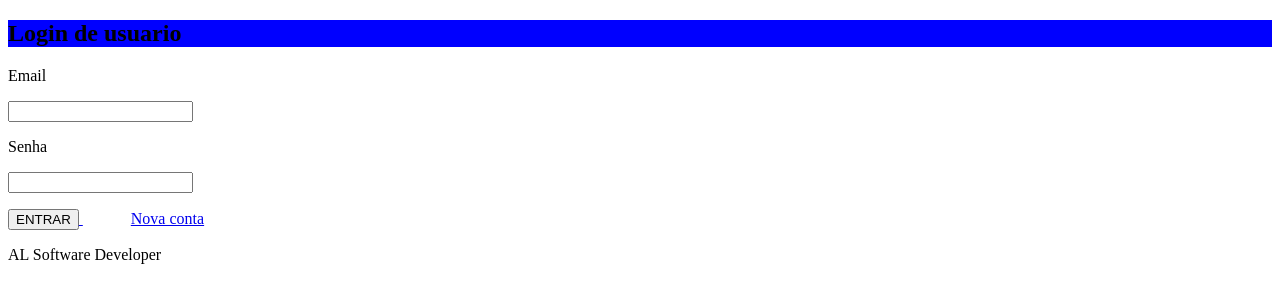
Repository: alessandro405/Primeiro-Projeto
Page: http://localhost/meu-projeto/login
The author's editor kept a copy of each file at every save. The page is drawn from the files as they stood at one save, then again after the next save.
The browser window is 1280 px wide. The pictures show the whole page.
The page is served by Tomcat 9. Other server files are loaded and not shown.

Above is the page before, as saved 2022-04-20 22:37:09.

### MeuProjeto/meu-projeto/src/main/webapp/WEB-INF/paginas/Login.jsp
<%@ page language="java" contentType="text/html; charset=ISO-8859-1"
    pageEncoding="ISO-8859-1"%>
<%@ taglib uri="http://java.sun.com/jsp/jstl/core" prefix="jstl" %>

<!DOCTYPE html>
<html>
<head>
	<link href="CSS/css.login/login.css" rel="stylesheet">
<meta charset="ISO-8859-1">
<title>Login de usuario</title>
</head>
<body>
	<%
		String erro = (String) request.getAttribute("erro");
		String erro2 = (String) request.getAttribute("erro2");
	%>
	<div class="login-box">
	<h2>Login de usuario</h2>
	<form method = "post" action="${pageContext.request.contextPath}/login">
		<div class="user-box">
		<p>Email</P>
		<p><input type= "text" name= "email"></p>
		</div>
		<div class="user-box">
		<p>Senha</P>
		<p><input type= "text" name= "senha"></p>
		</div>
		<a href="#">
          <span></span>
          <span></span>
          <span></span>
          <span></span>
		<button type= "submit" >ENTRAR</button>
		</a>
		&nbsp;&nbsp;&nbsp;&nbsp;&nbsp;&nbsp;&nbsp;&nbsp;&nbsp;&nbsp;&nbsp;
		<a class="nova-conta" href="${pageContext.request.contextPath}/nova">Nova conta</a>
		<p><%
			if(erro != null){
				out.print(erro);
			} else if(erro2 != null){
				out.print(erro2);
			}
		%></P>
	</form>
	</div>
	<footer>AL Software Developer</footer>
</body>
</html>

### MeuProjeto/meu-projeto/src/main/java/br/com/devjunior/servlets/Login.java
package br.com.devjunior.servlets;

import java.io.IOException;
import java.sql.SQLException;

import javax.servlet.RequestDispatcher;
import javax.servlet.ServletException;
import javax.servlet.annotation.WebServlet;
import javax.servlet.http.HttpServlet;
import javax.servlet.http.HttpServletRequest;
import javax.servlet.http.HttpServletResponse;
import javax.servlet.http.HttpSession;

import entidades.Usuario;
import impl.UsuarioRepositorioJDBC;

@WebServlet(urlPatterns = { "/login" })
public class Login extends HttpServlet {
	/**
	 *
	 */
	private static final long serialVersionUID = -2706311068111453632L;

	@Override
	protected void doGet(HttpServletRequest req, HttpServletResponse resp) throws ServletException, IOException {
		RequestDispatcher dispatcher = req.getServletContext().getRequestDispatcher("/WEB-INF/paginas/Login.jsp");
		dispatcher.forward(req, resp);
	}

	@Override
	protected void doPost(HttpServletRequest request, HttpServletResponse resp) throws ServletException, IOException {
		UsuarioRepositorioJDBC aut = new UsuarioRepositorioJDBC();
		Usuario novoContato = new Usuario();
		novoContato.setEmail(request.getParameter("email"));
		novoContato.setSenha(request.getParameter("senha"));

		try {
			Usuario usu = aut.autenticar(novoContato);

			if(usu != null) {

				HttpSession session = request.getSession();
				session.setAttribute("usuarioLogado", novoContato);

				resp.sendRedirect(request.getContextPath() + "/lista");

			}else {
				request.setAttribute("erro", "Email ou senha invalido");
				RequestDispatcher dispatcher = request.getServletContext().getRequestDispatcher("/WEB-INF/paginas/Login.jsp");
				dispatcher.forward(request, resp);

			}

		} catch (SQLException e) {
			request.getSession().setAttribute("mensagemErro", e.getMessage());

		}

	}

}

### MeuProjeto/meu-projeto/src/main/webapp/CSS/css.login/login.css
/* html {
  height: 100%;
}
body {
  margin: 0;
  padding: 0;
  font-family: sans-serif;
  background: linear-gradient(#000000, #434343);
}

.login-box {
  position: absolute;
  top: 50%;
  left: 50%;
  width: 400px;
  padding: 40px;
  transform: translate(-50%, -50%);
  background: rgba(0, 0, 0, 0.5);
  box-sizing: border-box;
  box-shadow: 0 15px 25px rgba(0, 0, 0, 0.6);
  border-radius: 10px;
}
 */

 h2{

  background-color: blue;
 }

After the next save:
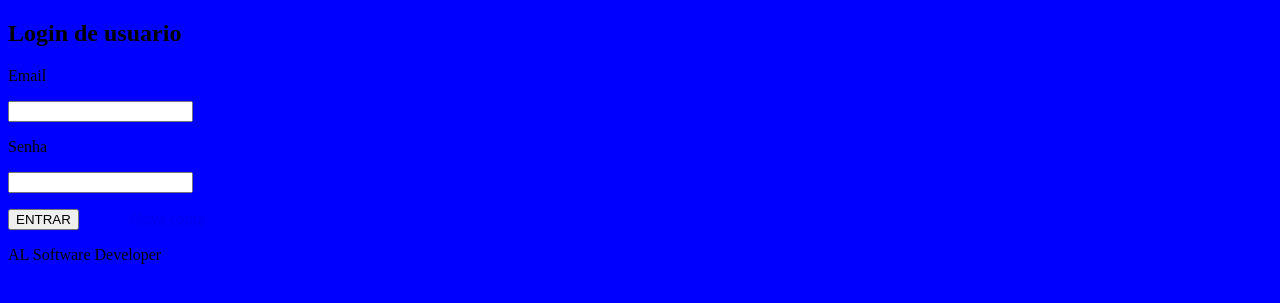
Saved 5 min 57 s later.
--- a/MeuProjeto/meu-projeto/src/main/webapp/CSS/css.login/login.css
+++ b/MeuProjeto/meu-projeto/src/main/webapp/CSS/css.login/login.css
@@ -22,7 +22,7 @@ body {
 }
  */
 
- h2{
+body {
 
   background-color: blue;
  }
